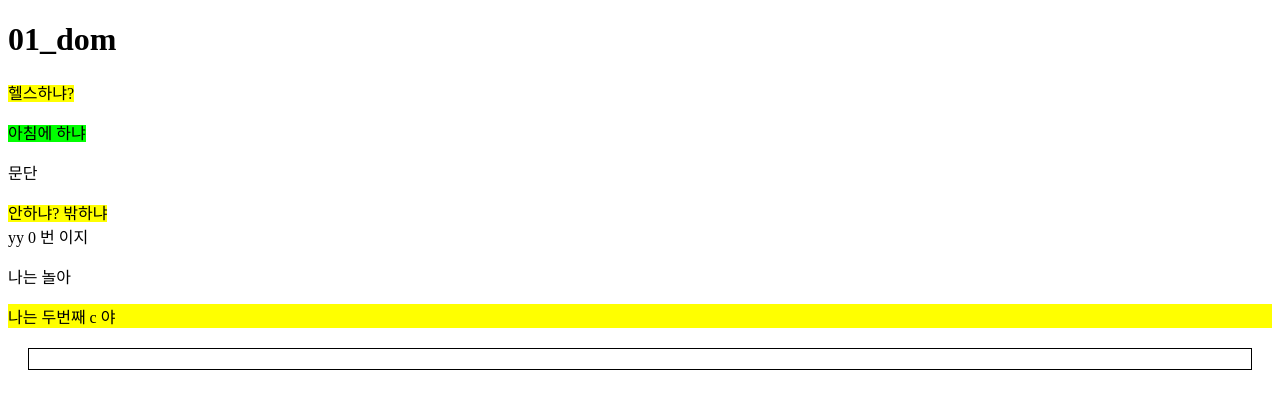
Repository: psun2/Korea-IT-Academy
Page: (back up) _ 오전/study_a/web_work/scriptProj/WebContent/dom/01_dom.html
The author's editor kept a copy of each file at every save. The page is drawn from the files as they stood at one save, then again after the next save.
The browser window is 1280 px wide. The pictures show the whole page.

Above is the page before, as saved 2020-08-05 00:48:31.

### (back up) _ 오전/study_a/web_work/scriptProj/WebContent/dom/01_dom.html
<!DOCTYPE html>
<html>
<head>
<meta charset="UTF-8">
<title>01_dom</title>
<style>
	#con{
		border: 1px solid #000;
		margin: 20px;
		padding: 10px;
	}

	.box1{
		background: #ff0;
	}

	.box2{
		background: #0f0;
	}
	.box3{
		background: #f0f;
	}

</style>
</head>
<body>
<h1>01_dom</h1>
<span id="a" knn="이정민" class="box1">헬스하냐?</span>
<p>
	<span  id="b" knn="이승원" class="box1">너두하냐?</span>
</p>
<div>
	<p>문단</p>
	<span  id="c" knn="차윤호" class="box1">안하냐?</span>
	<div class="yy"  onn="박성훈" >나두하자</div>
</div>
<p  class="yy" >나는 놀아</p>
<p  class="box1" id="c">나는 두번째 c 야</p>
<div id="con"></div>
<script>
	var root = document.documentElement

	//console.log(root)
	console.log(root.tagName)

	var bo = document.getElementsByTagName("body")
	console.log(bo.length)
	console.log(bo[0])
	console.log(bo[0].tagName)
	console.log(bo.item(0))
	console.log(bo.item(0).tagName)

	var sp = document.getElementsByTagName("span")
	for (var i = 0; i < sp.length; i++) {
		console.log(sp[i].getAttribute("knn"))
	}

	for (var i = 0; i < sp.length; i++) {
		console.log(sp[i].innerHTML)
	}

	sp[1].setAttribute("knn","송동규")
	sp[1].setAttribute("class","box2")
	sp[1].innerHTML = "아침에 하냐"
	sp[2].innerHTML += " 밖하냐"

	var yy = document.getElementsByClassName("yy")
	for (var i = 0; i < yy.length; i++) {
		console.log("yy["+i+"]"+ yy[i].innerHTML)
	}
	yy[0].innerHTML = "yy 0 번 이지"

	var aa = document.getElementById("a")
	console.log(aa.innerHTML)
	var cc = document.getElementById("c")
	console.log(cc.innerHTML)
	//console.log(cc.length)
	//console.log(cc[0].innerHTML)
</script>

</body>
</html>

After the next save:
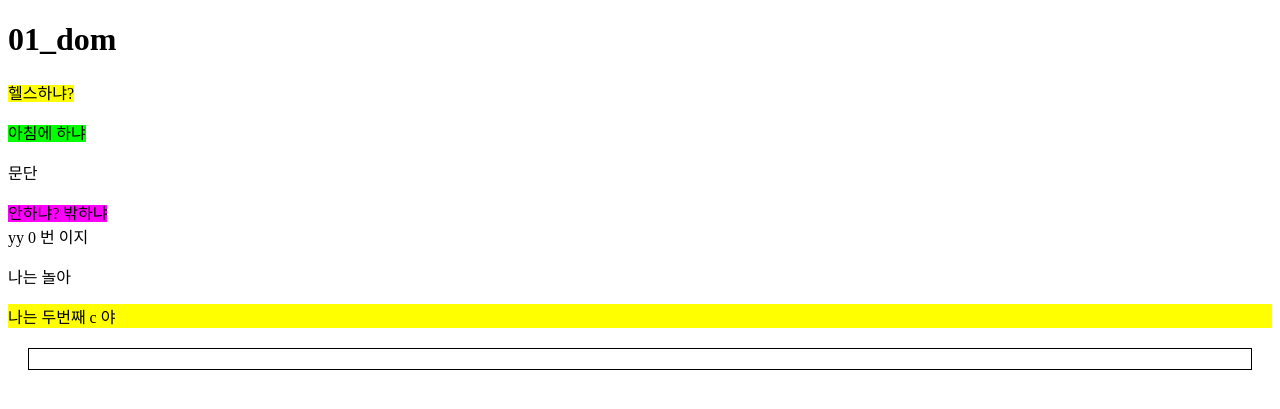
Saved 44 s later.
--- a/(back up) _ 오전/study_a/web_work/scriptProj/WebContent/dom/01_dom.html
+++ b/(back up) _ 오전/study_a/web_work/scriptProj/WebContent/dom/01_dom.html
@@ -76,6 +76,8 @@
 	console.log(cc.innerHTML)
 	//console.log(cc.length)
 	//console.log(cc[0].innerHTML)
+
+	cc.setAttribute("class","box3")
 </script>
 
 </body>
